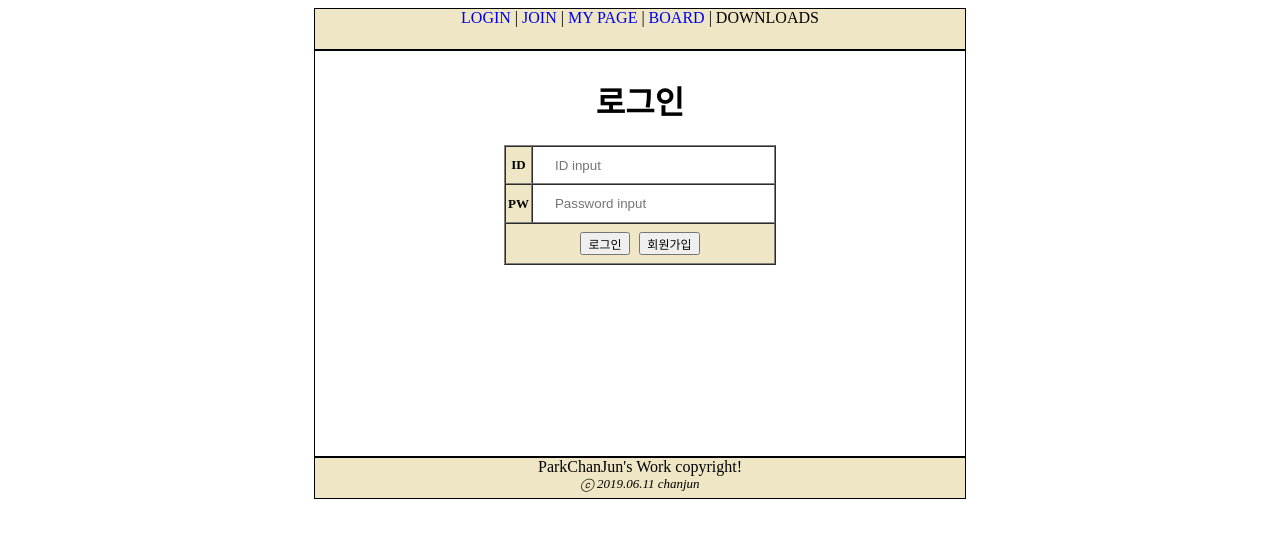
Repository: slolee/Spring-Board
Page: http://localhost/spring_project/WEB-INF/views/member/loginView.jsp
These files come from the project's save history. The page is drawn as it stood at one moment and after the next save; the edit follows.
The browser window is 1280 px wide. The pictures show the whole page.
The page is served by Tomcat 9. Nobody is signed in. Other server files are loaded and not shown. The template is opened directly, without the code that normally fills it, so the values that code supplies are empty.

Above is the page before, as saved 2019-06-17 02:40:58.

### spring_project/src/main/webapp/WEB-INF/views/member/loginView.jsp
<%@ page language="java" contentType="text/html; charset=UTF-8"
    pageEncoding="UTF-8"%>
<jsp:include page="../layout/header.jsp">
	<jsp:param name="title" value="Login Page!"/>
</jsp:include>

	<!-- 로그인 창 -->
	<h1> 로그인 </h1>
	<form action="loginLogic.do" method="post">
		<table border=1 cellpadding="2" cellspacing="0" align="center" width="270px" height="120px">
			<tr>
				<th width="45px">ID</th>
				<td>
					<input type="text" name="id" placeholder="ID input" maxlength="15" size="25" required>
				</td>
			</tr>
			<tr>
				<th width="45px">PW</th>
				<td>
					<input type="password" name="pw" placeholder="Password input" maxlength="20" size="25" required>
				</td>
			</tr>
			<tr>
				<th colspan="2" align="center" height="35px">
					<input type="submit" value="로그인"> &nbsp;
					<input type="button" value="회원가입" onclick="location.href='joinView.do'">
				</th>
			</tr>

		</table>

	</form>
<%@ include file = "../layout/footer.jsp" %>

### spring_project/src/main/webapp/WEB-INF/views/layout/footer.jsp
<%@ page language="java" contentType="text/html; charset=UTF-8"
    pageEncoding="UTF-8"%>
		</div>
		<div id="footer" align="center">
			ParkChanJun's Work copyright! <br>
			<i><font size="2">ⓒ 2019.06.11 chanjun</font></i>
		</div>
	</div>
</body>
</html>

### spring_project/src/main/webapp/WEB-INF/views/layout/header.jsp
<%@ page language="java" contentType="text/html; charset=UTF-8"
    pageEncoding="UTF-8"%>
<%@ taglib prefix="c" uri="http://java.sun.com/jsp/jstl/core" %>
<%
	request.setCharacterEncoding("UTF-8");
	String title = request.getParameter("title");
	if(title == null)
		title = "My Homepage";
%>
<!DOCTYPE html PUBLIC "-//W3C//DTD HTML 4.01 Transitional//EN" "http://www.w3.org/TR/html4/loose.dtd">
<html>
<head>
	<meta http-equiv="Content-Type" content="text/html; charset=UTF-8">
	<title><%= title %></title>
	<style>
		#header, #footer{
			background-color: #EEE6C4;
			font-family: "HY울릉도M";
			border: 1px solid black;
			width: 650px;
			height: 40px;
		}
		#main{
			border: 1px solid black;
			width: 650px;
			min-height: 400px;
			padding-top: 5px;
		}
		a{
			text-decoration: none;
		}

		input[type=button], input[type=submit], input[type=reset]{
			font-size: 9pt;
		}

		input[type="text"], input[type="password"], textarea{
			border: 0px;
			padding: 0px 0px 0px 20px;
		}

		table{
			font-size: small;
		}

		th{
			background-color: #EEE6C4;
		}

		td{
			background-color: #FFFFFF;
		}

	</style>
</head>
<body>
	<div align="center">
		<div id="header" align="center">
			<c:choose>
				<c:when test="${ sessionScope.login_id == null }">
					<a href="loginView.do">LOGIN</a> |
					<a href="joinView.do">JOIN</a> |
				</c:when>
				<c:otherwise>
					${ sessionScope.login_nickname } |
					<a href="logoutLogic.do">LOGOUT</a> |
				</c:otherwise>
			</c:choose>

			<a href="mypageView.do">MY PAGE</a> |
			<a href="boardView.do">BOARD</a> |
			DOWNLOADS
		</div>
		<div id="main" align="center">

After the next save:
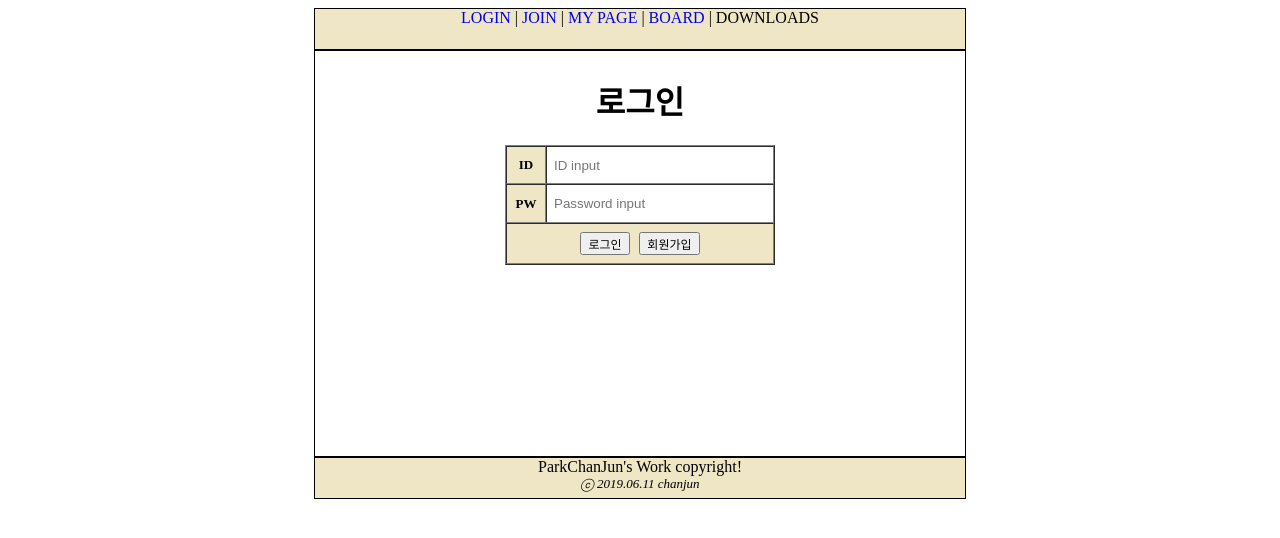
Saved 9 s later.
--- a/spring_project/src/main/webapp/WEB-INF/views/layout/header.jsp
+++ b/spring_project/src/main/webapp/WEB-INF/views/layout/header.jsp
@@ -36,7 +36,7 @@
 
 		input[type="text"], input[type="password"], textarea{
 			border: 0px;
-			padding: 0px 0px 0px 20px;
+			padding: 0px 0px 0px 5px;
 		}
 
 		table{
